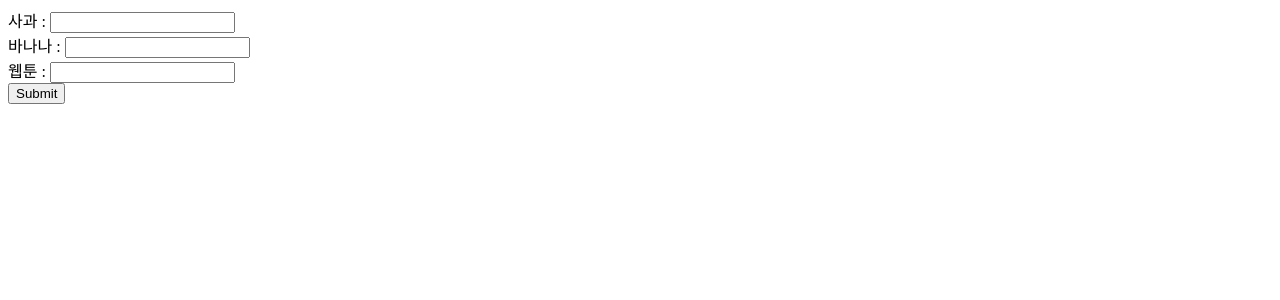
Repository: Andante8989/jsp_practice
Page: http://localhost/JSPBasic/jspobject/request/req_form.jsp
The author's editor kept a copy of each file at every save. The page is drawn from the files as they stood at one save, then again after the next save.
The browser window is 1280 px wide. The pictures show the whole page.
The page is served by Tomcat 9.

Above is the page before, as saved 2022-03-24 11:47:05.

After the next save:
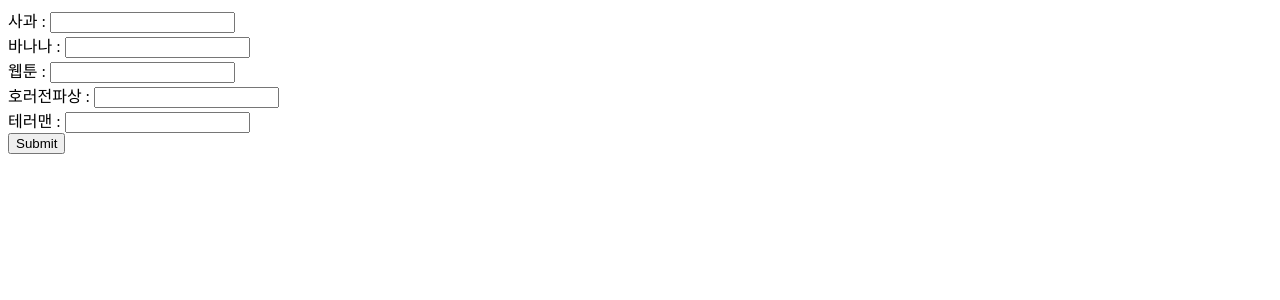
Saved 18 min 31 s later.
--- a/JSPBasic/src/main/webapp/jspobject/request/req_form.jsp
+++ b/JSPBasic/src/main/webapp/jspobject/request/req_form.jsp
@@ -14,6 +14,8 @@
 		사과 : <input type="text" name="apple" /><br/>
 		바나나 : <input type="text" name="banana" /><br/>
 		웹툰 : <input type="text" name="weptoon" /><br/>
+		호러전파상 : <input type="text" name="horror" /><br/>
+		테러맨 : <input type="text" name="terrorman" /><br/>
 		<input type="submit">
 	</form>
 </body>
